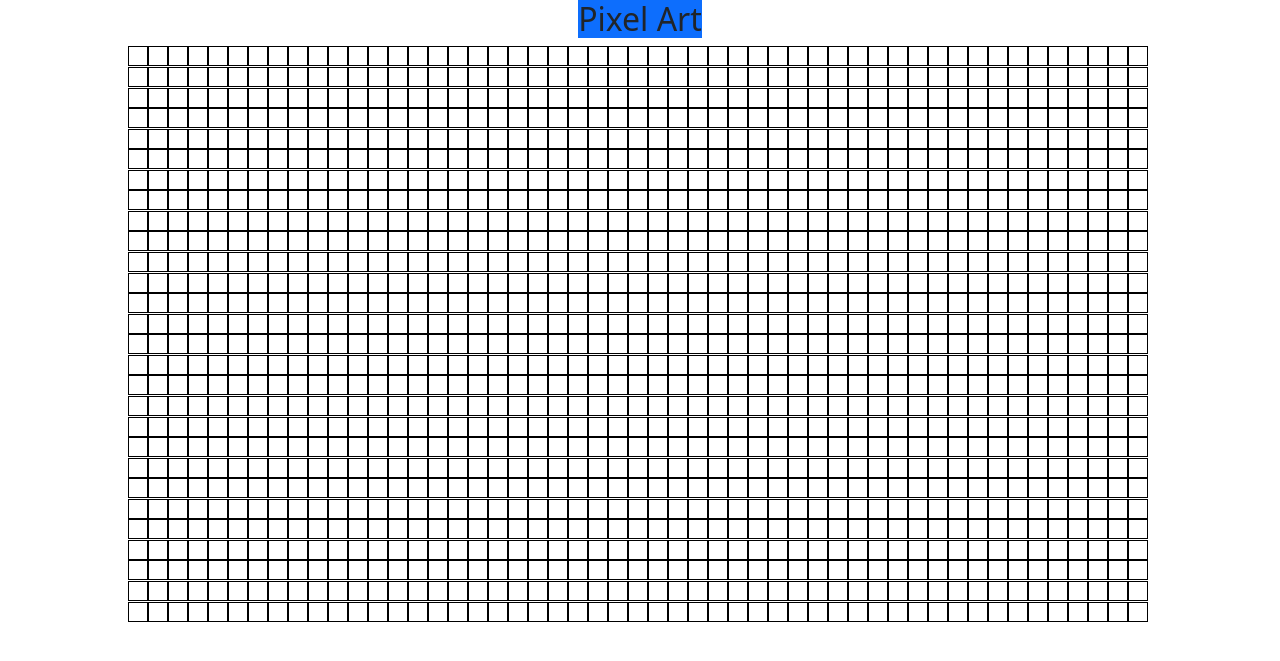
Repository: bechara611/pixelartdb
Page: /
An editor plug-in stored every save of this project. The page is shown before and after the next save, followed by the edit.
The browser window is 1280 px wide. The pictures show the whole page.
The project was rebuilt for these pictures with package versions that can differ from the ones it lists, and the page was loaded fresh each time. Also part of the build but not shown: vite.config.js.

Above is the page before, as saved 2023-03-06 12:01:45.

### src/main.jsx
import React from 'react'
import ReactDOM from 'react-dom/client'
import App from './App'
import 'bootstrap/dist/css/bootstrap.min.css'
import 'bootstrap/dist/js/bootstrap.bundle.js'

ReactDOM.createRoot(document.getElementById('root')).render(

    <App />

)

### src/App.jsx

import { useEffect, useState } from 'react'
import './App.css'
import { SelectableGroup } from 'react-selectable-fast'
import { Pixel } from './Pixel'

const App = () => {
  const [pixels, setPixels] = useState([])
  const [isSelecting, setIsSelecting] = useState(false)
  const [startIndex, setStartIndex] = useState(null)

  useEffect(() => {
    let contenedor = document.getElementById('contenedor')
    let divsAloAlto = Math.floor(contenedor.offsetHeight / 20)
    let divsAlOancho = Math.floor(contenedor.offsetWidth / 20);
    //para saber cuantos divs necesita un contenedor multiplica el numero de divs a lo alto * el numero de divds a lo ancho
    setPixels(Array.from({ length: divsAloAlto * divsAlOancho }, () => { return { active: false, color: 'green' } }))

  }, [])

  const funcionArray = (index) => {
    let nuevoArray = [...pixels]
    nuevoArray[index] = { active: !nuevoArray[index].active, color: 'blue' }
    setPixels(nuevoArray)
  }

  useEffect(() => {
    //console.log({ pixels })
  }, [pixels])

  const onMouseDown = (index) => {
    setIsSelecting(true);
    setStartIndex(index)
    // console.log('onMouseDown')
  }


  const onMouseOver2 = (index) => {
    if (isSelecting) {
      const pixelsupdated = [...pixels]
      pixelsupdated[index] = { ...pixelsupdated[index], active: !pixelsupdated[index].active }

      setPixels(pixelsupdated)

    }
    // console.log('onMouseOver')
  }
  const onMouseUp2 = (index) => {
    setIsSelecting(false)

  }
  return (
    <>

      <div className="contenedor-mayor">
        <h2 className='bg-primary'>Pixel Art</h2>
      </div>

      <div className="contenedor-mayor">

        <div className="contenedor" id='contenedor'>

          {

            pixels.map((a, index) => {
              return <Pixel key={index}
                active={a.active}
                funcion={() => funcionArray(index)}
                onMouseDown={() => { onMouseDown(index) }}
                onMouseUp={() => { onMouseUp2(index) }}
                onMouseOver={() => { onMouseOver2(index) }}
              ></Pixel>
            })

          }

        </div>

      </div>

    </>
  )
}

export default App

### src/App.css
.contenedor-mayor{
  display: flex;
  flex-direction: row;
  justify-content: center;
  justify-self: center;
  align-items: center;
}

.pixel {
  width: 20px;
  height: 20px;
  border: 1px solid black;

  box-sizing: border-box;

}

.active {
  background: green;
}

.contenedor {

  display: flex;
  flex-direction: row;
  flex-wrap: wrap;
  width: 80vw;
  height: 80vh;
  max-width: 80vw;
  max-height: 80vh;



}

### src/Pixel.jsx
import React, { useState } from 'react'
import './App.css'
import {selectableGroup, createSelectable} from 'react-selectable-fast'
export const Pixel = (props) => {
    const [isActive, setisActive] = useState(false)
  return (

 <div className={`pixel ${props.active ? 'active' : ''}`} style={{ background:props.active ? props.color : ''}}
 onClick={()=>{
    setisActive(!isActive)
    props.funcion();
}}
onMouseDown={()=>{props.onMouseDown()}}
onMouseUp={()=>{props.onMouseUp()}}
onTouchEnd={()=>{props.onMouseUp()}}
onMouseOver={()=>{props.onMouseOver()}}
onTouchStart={()=>{{
    props.onMouseDown()
    props.onMouseOver()}}}
 >

 </div>
  )
}

Loaded but not shown: index.html (common file)

After the next save:
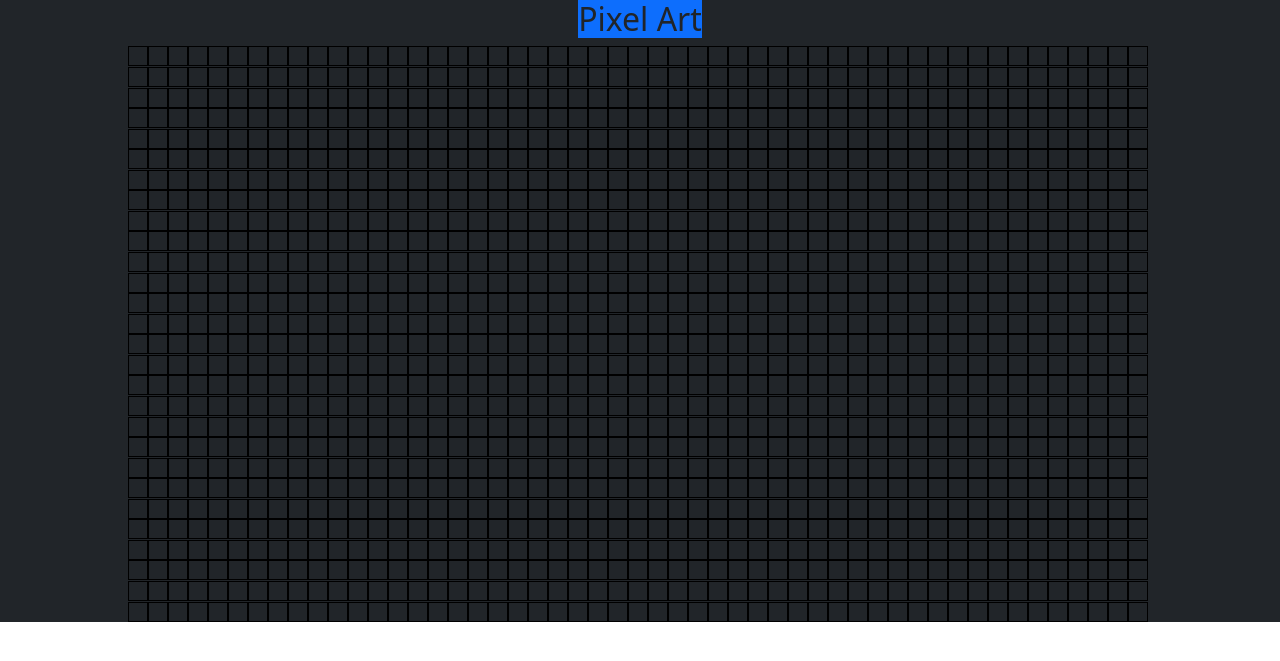
Saved 99 min 43 s later.
--- a/src/App.jsx
+++ b/src/App.jsx
@@ -51,7 +51,7 @@ const App = () => {
   }
   return (
     <>
-
+    <div className="bg-dark">
       <div className="contenedor-mayor">
         <h2 className='bg-primary'>Pixel Art</h2>
       </div>
@@ -77,7 +77,7 @@ const App = () => {
         </div>
 
       </div>
-
+      </div>
     </>
   )
 }
